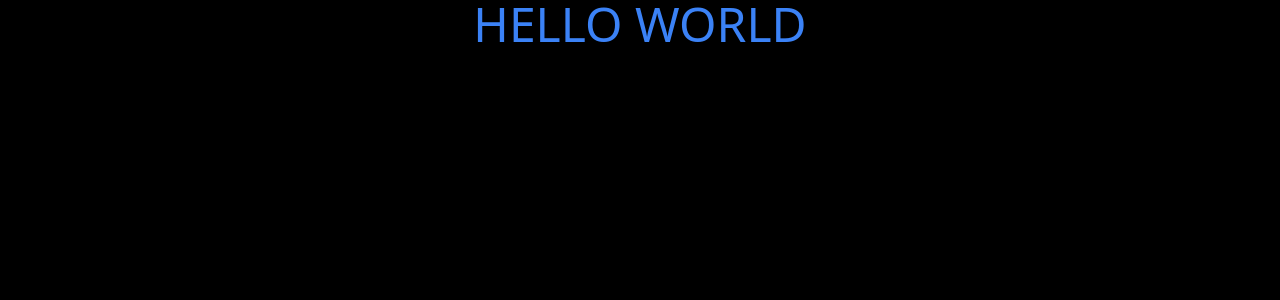
Repository: latenightsnacc/urban-pancake
Page: index.html
These files come from the project's save history. The page is drawn as it stood at one moment and after the next save; the edit follows.
The browser window is 1280 px wide. The pictures show the whole page.

Above is the page before, as saved 2021-04-30 10:24:39.

After the next save:
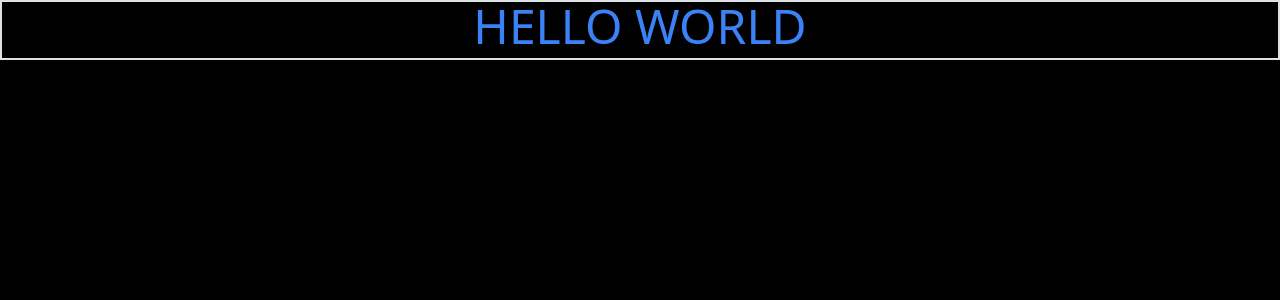
Saved 13 s later.
--- a/index.html
+++ b/index.html
@@ -16,7 +16,7 @@
     <title>GRUPA</title>
 </head>
 <body class="bg-black">
-    <main class="wrapper container-fluid">
+    <main class="wrapper container-fluid border-2 border">
         <h1 class="text-center text-blue-500 text-5xl uppercase">hello world</h1>
     </main>
     <!--bootstrap JS-->
